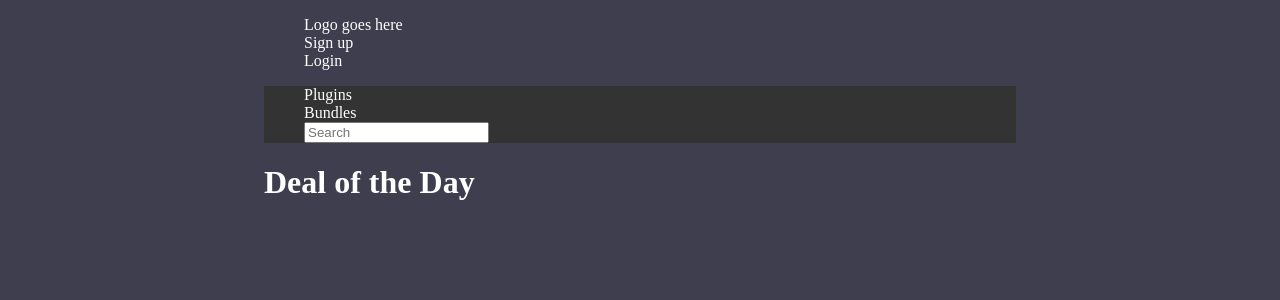
Repository: jigom11791/Wavez
Page: Wavez/Waves-Site/index.html
These files come from the project's save history. The page is drawn as it stood at one moment and after the next save; the edit follows.
The browser window is 1280 px wide. The pictures show the whole page.

Above is the page before, as saved 2020-10-30 17:33:22.

After the next save:
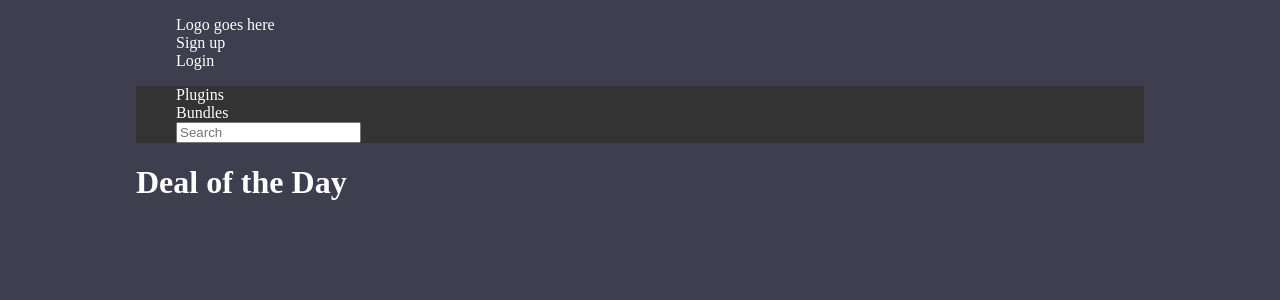
Saved 12 s later.
--- a/Wavez/Waves-Site/style.css
+++ b/Wavez/Waves-Site/style.css
@@ -5,7 +5,7 @@ body {
     background-color: #3e3e4f;
     color: white;
     font-style: "Noto sans JP", sans-serif;
-    padding: 0% 20%;
+    padding: 0% 10%;
 }
 
 li{
